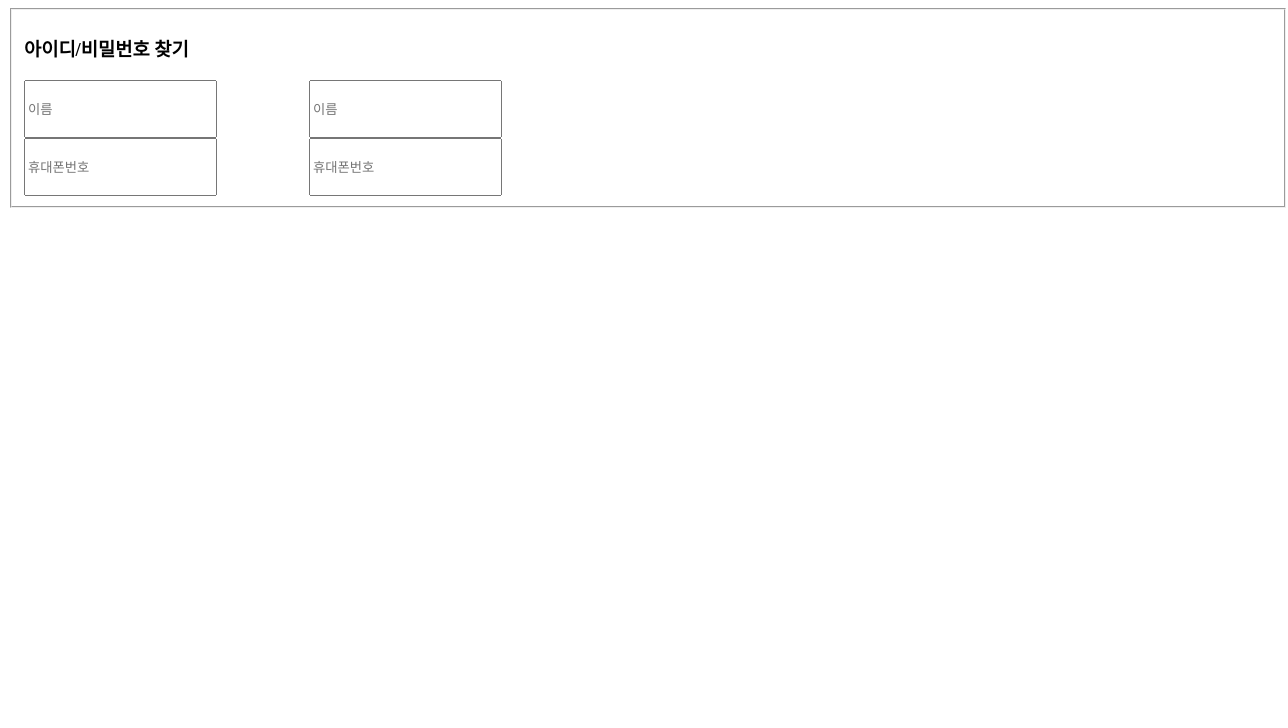
Repository: agheha/trillion
Page: YH/study_project/html/find.html
An editor plug-in stored every save of this project. The page is shown before and after a run of saves, followed by the edit.
The browser window is 1280 px wide. The page is 1288 px wide, so the pictures cover 1288 px, including what lies to the right of the window. The pictures show the whole page.

Above is the page before, as saved 2019-09-04 19:24:21.

After the next 6 saves:
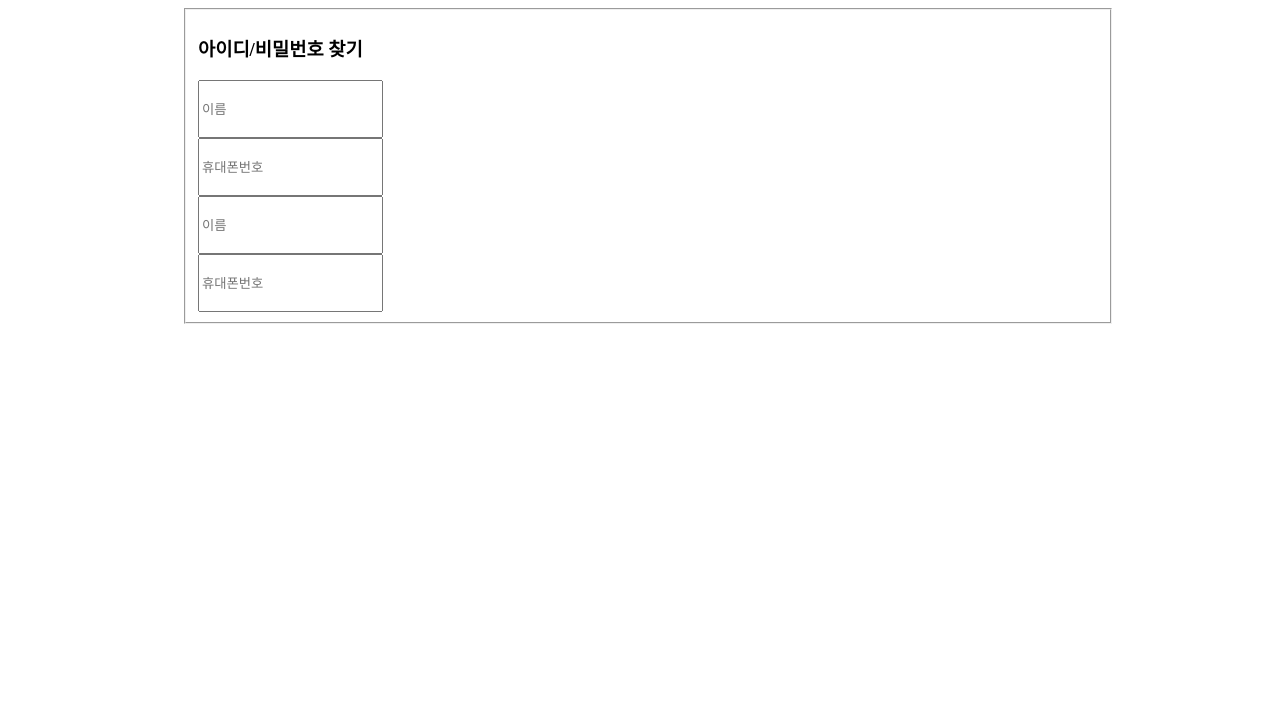
The 6 saves are shown as one change because they came seconds apart.
The last was saved 16 s later.
--- a/YH/study_project/css/find.css
+++ b/YH/study_project/css/find.css
@@ -2,7 +2,7 @@
     width: 100%;
     height: 100%;
 }
-section {
+fieldset {
     width : 900px;
     margin : 0 auto;
 }
@@ -12,9 +12,5 @@
     height: 52px;
 }
 span {
-    width : 25%;
+
 }
-.inwrap { width: 100%; }
-.inputbox {float: left; margin-right: 100px;}
-.inlutbox:first-child {margin-right: 0; }
-div input { width: 100%;}
